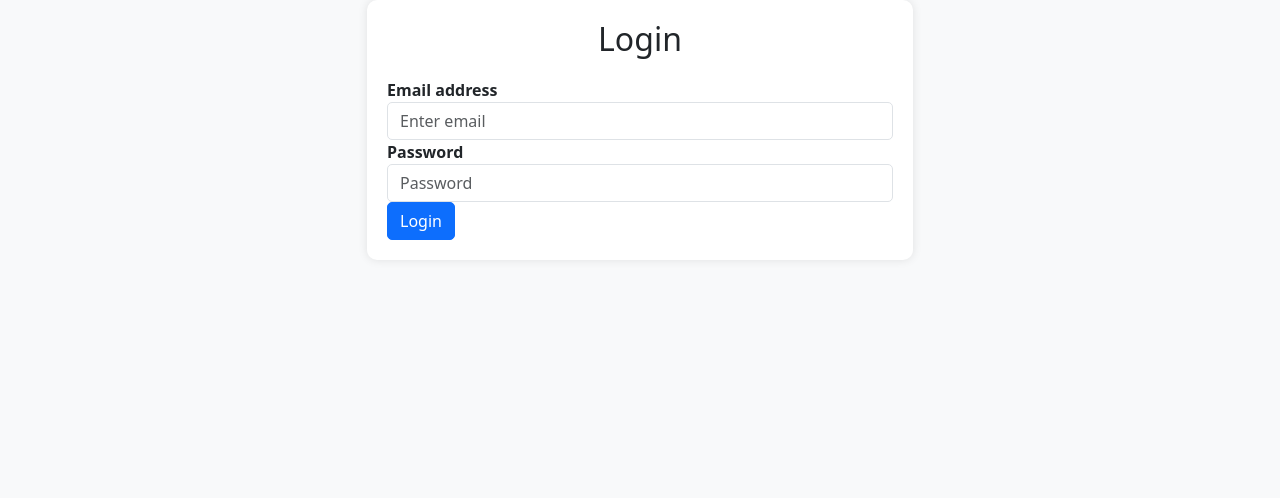
Repository: VimashaVishvani/VehicleRental
Page: http://localhost/Vehicle_rentalDb/login.jsp
The author's editor kept a copy of each file at every save. The page is drawn from the files as they stood at one save, then again after the next save.
The browser window is 1280 px wide. The pictures show the whole page.
The page is served by Tomcat 9. Other server files are loaded and not shown.

Above is the page before, as saved 2024-05-04 19:54:24.

### Vehicle_rentalDb/src/main/webapp/login.jsp
<!DOCTYPE html>
<html>
<head>
  <!-- Bootstrap CSS -->
  <link href="https://cdn.jsdelivr.net/npm/bootstrap@5.3.3/dist/css/bootstrap.min.css" rel="stylesheet" integrity="sha384-QWTKZyjpPEjISv5WaRU9OFeRpok6YctnYmDr5pNlyT2bRjXh0JMhjY6hW+ALEwIH" crossorigin="anonymous">
  <meta charset="ISO-8859-1">
  <title>Login</title>
  <style>
    body {
      background-color: #f8f9fa;
    }
    .login-form {
    top:40%;
      background-color: #ffffff;
      border-radius: 10px;
      padding: 20px;
      box-shadow: 0px 0px 10px rgba(0, 0, 0, 0.1);
    }
    .login-form h2 {
      text-align: center;
      margin-bottom: 20px;
    }
    .form-group label {
      font-weight: bold;
    }
    .form-control {
      border-radius: 5px;
    }
    .btn-primary {
      border-radius: 5px;
    }
  </style>
</head>
<body>
  <div class="container">
    <div class="row">
      <div class="col-md-6 offset-md-3">
        <div class="login-form">
          <h2>Login</h2>
          <form action="log" method="post">
            <div class="form-group">
              <label for="email">Email address</label>
              <input type="email" class="form-control" id="email" placeholder="Enter email" name="username">
            </div>
            <div class="form-group">
              <label for="password">Password</label>
              <input type="password" class="form-control" id="password" placeholder="Password" name="password">
            </div>
            <button type="submit" class="btn btn-primary btn-block">Login</button>
          </form>
        </div>
      </div>
    </div>
  </div>

  <!-- Bootstrap JavaScript -->
  <script src="https://cdn.jsdelivr.net/npm/bootstrap@5.3.3/dist/js/bootstrap.bundle.min.js" integrity="sha384-YvpcrYf0tY3lHB60NNkmXc5s9fDVZLESaAA55NDzOxhy9GkcIdslK1eN7N6jIeHz" crossorigin="anonymous"></script>
</body>
</html>

After the next save:
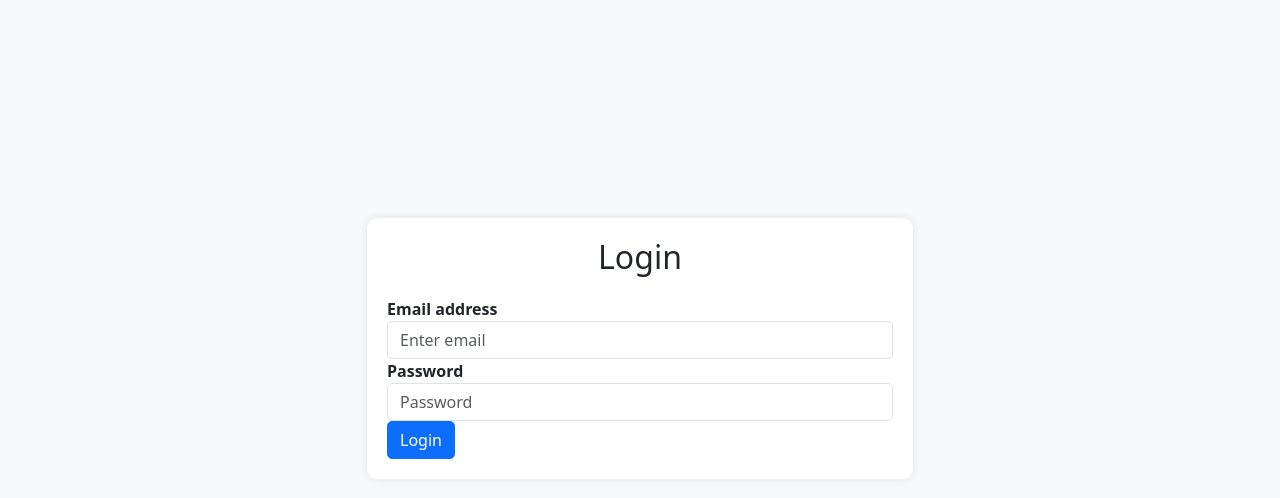
Saved 13 s later.
--- a/Vehicle_rentalDb/src/main/webapp/login.jsp
+++ b/Vehicle_rentalDb/src/main/webapp/login.jsp
@@ -10,7 +10,7 @@
       background-color: #f8f9fa;
     }
     .login-form {
-    top:40%;
+    margin-top:40%;
       background-color: #ffffff;
       border-radius: 10px;
       padding: 20px;
